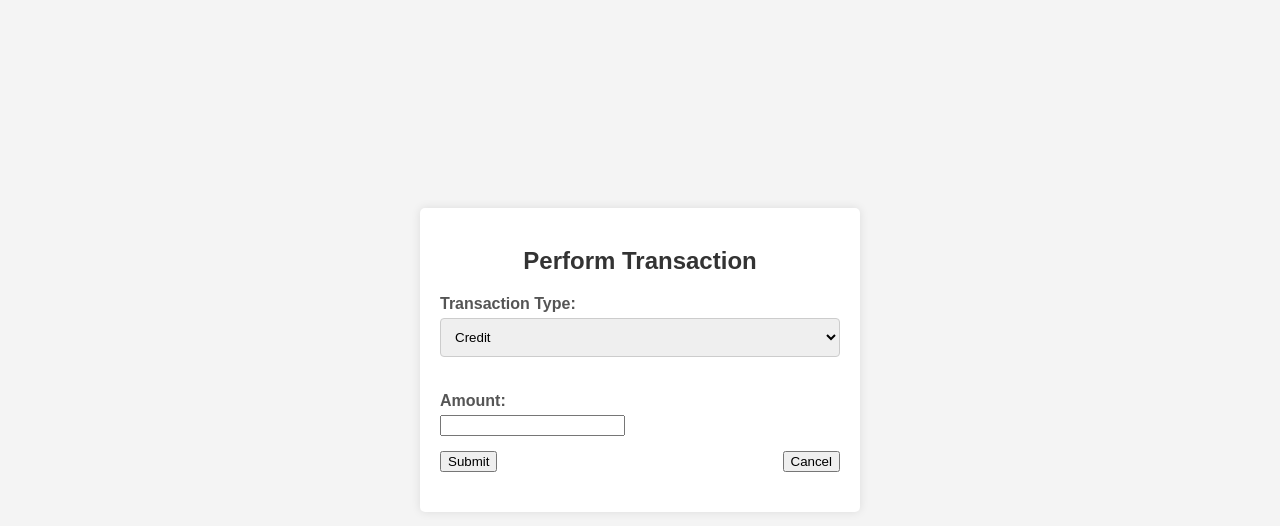
Repository: vinayakGarudi2002/swabhavTrainingProjects
Page: http://localhost/01_banking_application/performTransaction.jsp
An editor plug-in stored every save of this project. The page is shown before and after the next save, followed by the edit.
The browser window is 1280 px wide. The pictures show the whole page.
The page is served by Tomcat 9.

Above is the page before, as saved 2024-08-12 12:14:42.

After the next save:
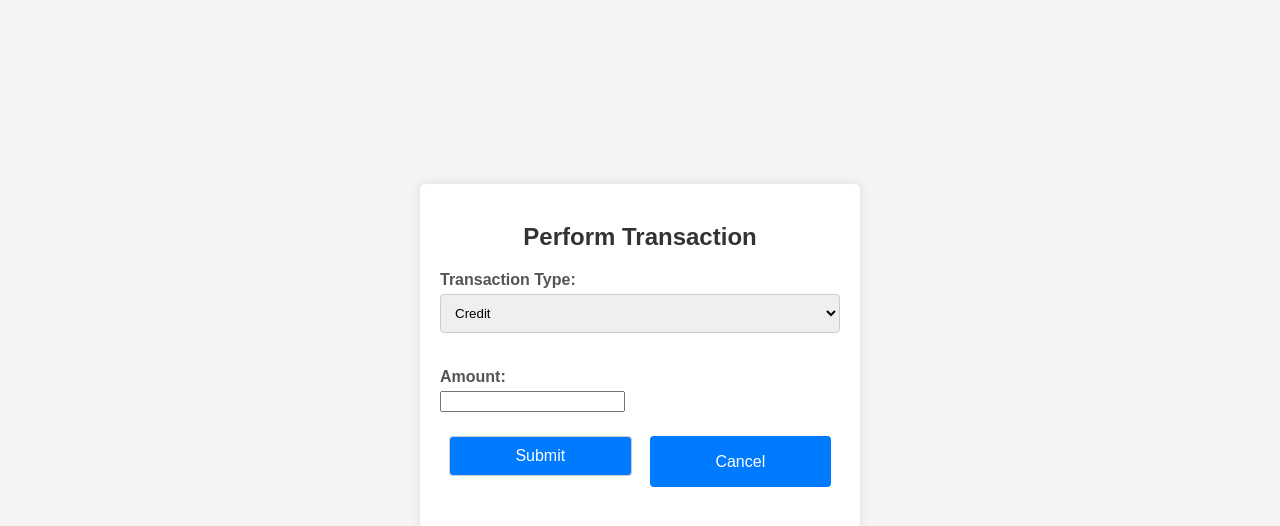
Saved 89 s later.
--- a/01_banking_application/WebContent/performTransaction.jsp
+++ b/01_banking_application/WebContent/performTransaction.jsp
@@ -54,8 +54,8 @@
 
             <div class="form-group">
             <div class='buttons-container'>
-                <input type="submit" value="Submit" type="button">
-                <input type="button" value="Cancel" onclick="window.location.href='customerOperation.jsp';">
+                <button type="submit" value="Submit" type="button">Submit</button>
+                <button type="button" value="Cancel" onclick="window.location.href='customerOperation.jsp';">Cancel</button>
             </div>
                </div>
 
